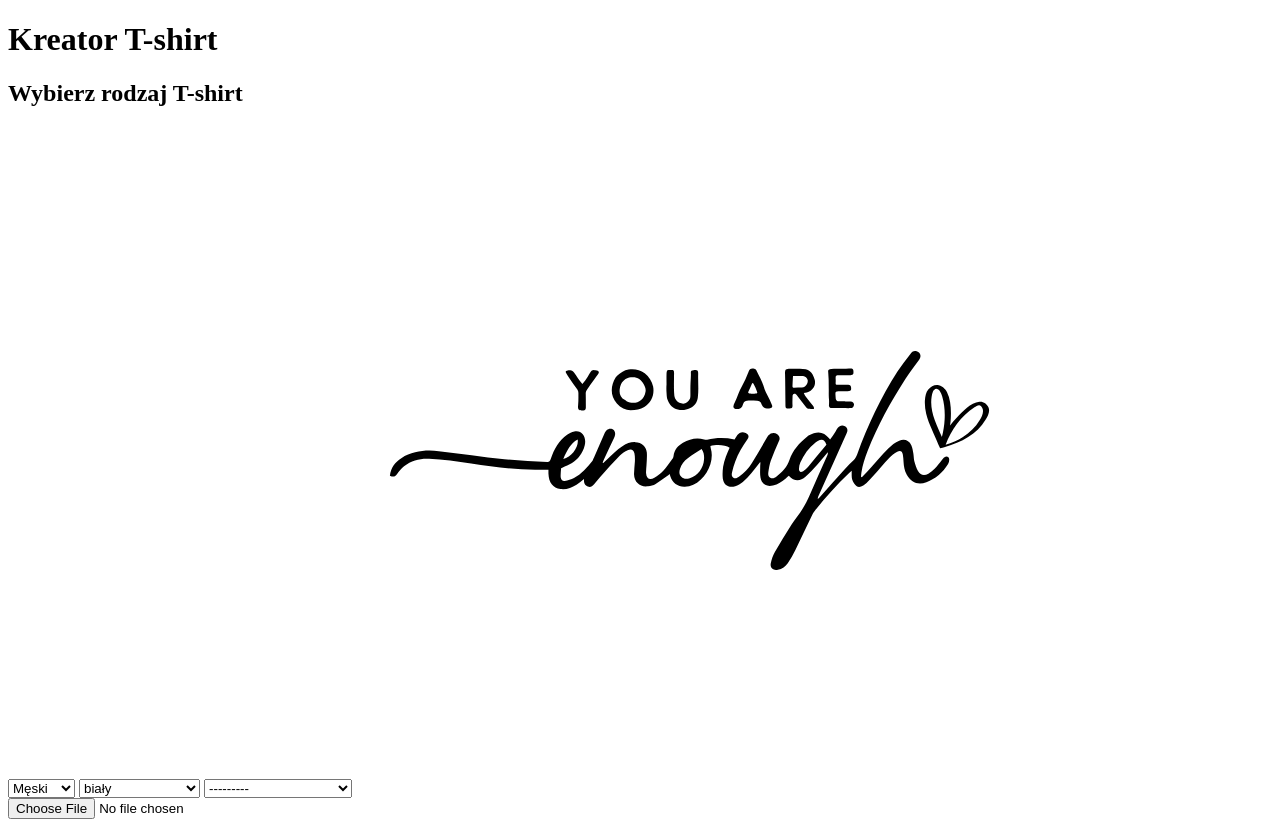
Repository: artek313/clothes
Page: index.html
The author's editor kept a copy of each file at every save. The page is drawn from the files as they stood at one save, then again after the next save.
The browser window is 1280 px wide. The pictures show the whole page.

Above is the page before, as saved 2024-04-27 11:25:56.

After the next save:
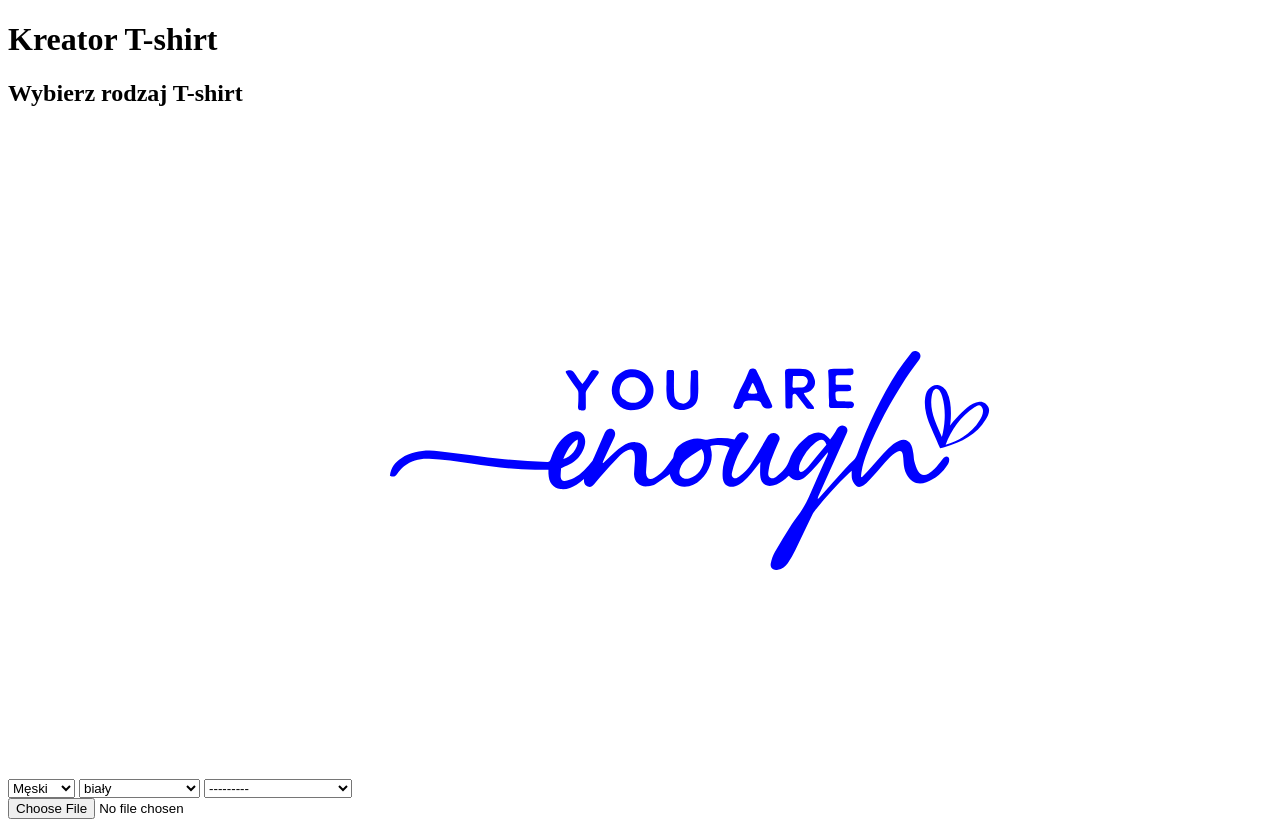
Saved 70 min 37 s later.
--- a/script.js
+++ b/script.js
@@ -17,6 +17,7 @@
 	overprint.addEventListener('load', function (e) {
 		console.dir(e)
 		console.log(overprint.contentDocument)
+		overprint.contentDocument.querySelector('svg').style.fill = '#00f'
 	})
 
 	// document.getElementById('inputfile').addEventListener('change', function (e) {

After the 5 saves that followed:
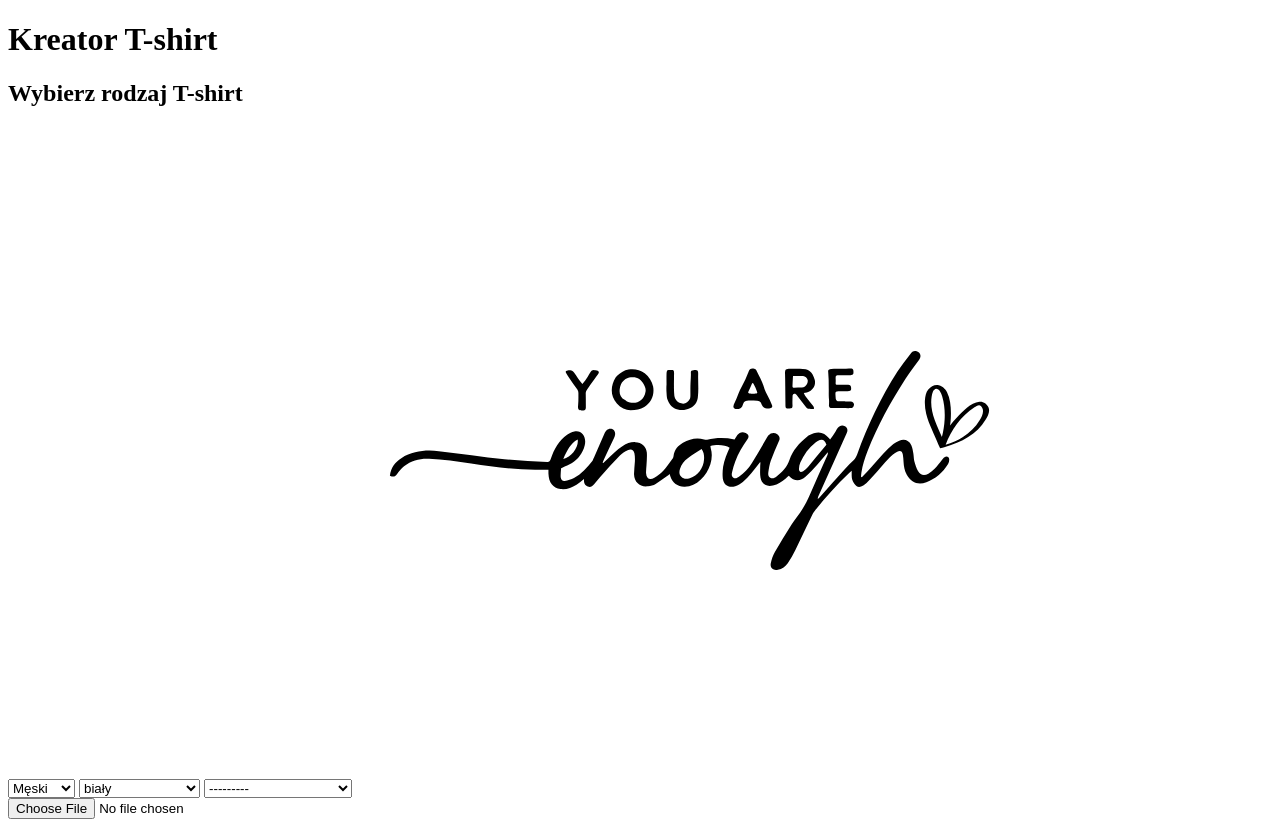
The 5 saves are shown as one change because 4 left the picture as it was.
The last was saved 14 min 33 s later.
--- a/script.js
+++ b/script.js
@@ -14,10 +14,17 @@
 
 	console.log(overprint)
 
-	overprint.addEventListener('load', function (e) {
-		console.dir(e)
-		console.log(overprint.contentDocument)
-		overprint.contentDocument.querySelector('svg').style.fill = '#00f'
+	// overprint.addEventListener('load', function (e) {
+	// 	console.dir(e)
+	// 	console.log(overprint.contentDocument)
+	// 	console.log(overprint.contentDocument.querySelector('svg'))
+	// 	overprint.contentDocument.querySelector('svg').style.fill = '#00f'
+	// })
+
+	console.log(colorTshirtSelect)
+
+	colorTshirtSelect.addEventListener('change', function (e) {
+		console.log(e)
 	})
 
 	// document.getElementById('inputfile').addEventListener('change', function (e) {
